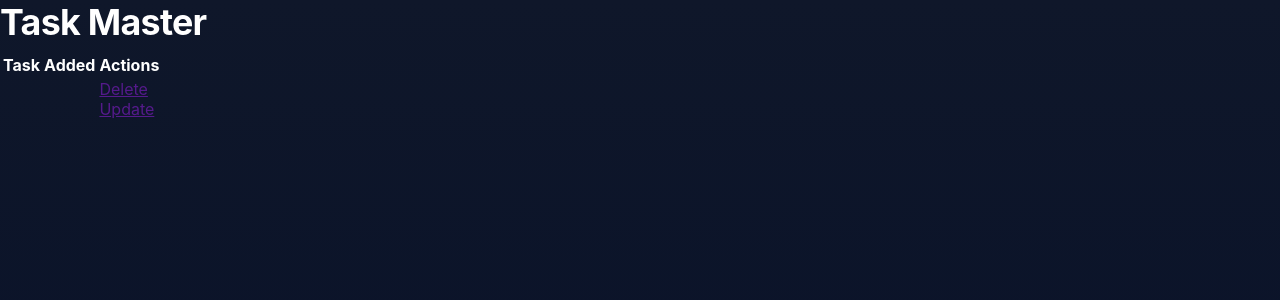
Repository: k10sj02/task-master-flex
Page: http://localhost/
An editor plug-in stored every save of this project. The page is shown before and after the next save, followed by the edit.
The browser window is 1280 px wide. The pictures show the whole page.
The page is served by the project's application, run on Flask 3 (app.py).

Above is the page before, as saved 2025-11-13 22:02:55.

### templates/index.html
{% extends 'base.html' %}

{% block head %}
  <title>Hello from Child Template</title>
{% endblock %}

{% block content %}

<div class="content">
  <h1>Task Master</h1>

  <table>
    <tr>
      <th>Task</th>
      <th>Added</th>
      <th>Actions</th>
    </tr>
    <tr>
      <td></td>
      <td></td>
      <td>
        <a href="">Delete</a>
        <br>
        <a href="">Update</a>
      </td>
    </tr>

  </table>

  <form action="/" method="POST"></form>


</div>
{% endblock %}

### templates/base.html
<!doctype html>
<html lang="en">
<head>
  <meta charset="utf-8">
  <meta name="viewport" content="width=device-width, initial-scale=1">
  {% block head %}{% endblock %}
  <link rel="stylesheet" href="{{ url_for('static', filename='css/main.css') }}">
</head>


  <style>
    :root{
      --bg: #0f172a;
      --card: #0b1220;
      --accent: #60a5fa;
      --muted: #94a3b8;
      --white: #ffffff;
      font-family: Inter, system-ui, -apple-system, "Segoe UI", Roboto, "Helvetica Neue", Arial;
    }

    html,body{
      height:100%;
      margin:0;
      background: linear-gradient(180deg, var(--bg) 0%, #071029 100%);
      color:var(--white);
      -webkit-font-smoothing:antialiased;
      -moz-osx-font-smoothing:grayscale;
    }

    .wrap{
      min-height:100%;
      display:flex;
      align-items:center;
      justify-content:center;
      padding:2rem;
      box-sizing:border-box;
    }

    .card{
      background: linear-gradient(180deg, rgba(255,255,255,0.03), rgba(255,255,255,0.02));
      border:1px solid rgba(255,255,255,0.04);
      padding:2.25rem 3rem;
      border-radius:12px;
      box-shadow: 0 8px 30px rgba(2,6,23,0.6);
      text-align:center;
      max-width:720px;
      width:100%;
    }

    h1{
      margin:0 0 0.5rem 0;
      font-size:clamp(1.5rem, 2.8vw, 2.25rem);
      letter-spacing:-0.02em;
    }

    p.lead{
      margin:0;
      color:var(--muted);
      font-size:1rem;
    }

    .badge{
      display:inline-block;
      margin-bottom:1rem;
      background:rgba(96,165,250,0.12);
      color:var(--accent);
      border-radius:999px;
      padding:0.25rem 0.6rem;
      font-weight:600;
      font-size:0.85rem;
    }

    @media (max-width:420px){
      .card{padding:1.25rem}
    }
  </style>
</head>
<body>

  {% block content %}
  <!-- default content (child templates will override this) -->
  <main class="wrap">
    <section class="card">
      <div class="badge">Boilerplate</div>
      <h1>Hello World 2</h1>
      <p class="lead">
        This is a minimal HTML + CSS starter. Replace this text with your app content.
      </p>
    </section>
  </main>
  {% endblock %}

</body>
</html>

### app.py
from flask import Flask, render_template
from flask_sqlalchemy import SQLAlchemy
from datetime import datetime

app = Flask(__name__)
app.config['SQLALCHEMY_DATABASE_URI'] = 'sqlite:///test.db'
db = SQLAlchemy(app)

class Todo(db.Model):
  id = db.Column(db.Integer, primary_key=True)
  content = db.Column(db.String(200), nullable=False)
  completed = db.Column(db.Integer, default=0)
  date_created = db.Column(db.DateTime, default=datetime.utcnow)

  def __repr__(self):
    return '<Task %r>' % self.id

@app.route('/', methods=['POST', 'GET'])
def index():
  return render_template('index.html')

if __name__ == "__main__":
  app.run(debug=True)

### static/main.css
/* Root variables for colors and fonts */
:root {
  --bg: #0f172a;         /* dark navy background */
  --card: #0b1220;       /* card background */
  --accent: #60a5fa;     /* soft blue accent */
  --muted: #94a3b8;      /* muted text */
  --white: #ffffff;       /* primary text color */
  --font-family: Inter, system-ui, -apple-system, "Segoe UI", Roboto, "Helvetica Neue", Arial;
}

/* Global reset and base styles */
html, body {
  height: 100%;
  margin: 0;
  padding: 0;
  font-family: var(--font-family);
  background: linear-gradient(180deg, var(--bg) 0%, #071029 100%);
  color: var(--white);
  -webkit-font-smoothing: antialiased;
  -moz-osx-font-smoothing: grayscale;
}

/* Wrapper to center content */
.wrap {
  min-height: 100%;
  display: flex;
  align-items: center;
  justify-content: center;
  padding: 2rem;
  box-sizing: border-box;
}

/* Card component */
.card {
  background: linear-gradient(180deg, rgba(255,255,255,0.03), rgba(255,255,255,0.02));
  border: 1px solid rgba(255,255,255,0.04);
  padding: 2rem 3rem;
  border-radius: 12px;
  box-shadow: 0 8px 30px rgba(2,6,23,0.6);
  text-align: center;
  max-width: 720px;
  width: 100%;
}

/* Headings */
h1 {
  margin: 0 0 0.5rem 0;
  font-size: clamp(1.5rem, 2.8vw, 2.25rem);
  letter-spacing: -0.02em;
}

/* Paragraphs with muted text */
p.lead {
  margin: 0;
  color: var(--muted);
  font-size: 1rem;
}

/* Badge component */
.badge {
  display: inline-block;
  margin-bottom: 1rem;
  background: rgba(96,165,250,0.12);
  color: var(--accent);
  border-radius: 999px;
  padding: 0.25rem 0.6rem;
  font-weight: 600;
  font-size: 0.85rem;
}

/* Responsive tweaks */
@media (max-width: 420px) {
  .card {
    padding: 1.25rem;
  }
}

After the next save:
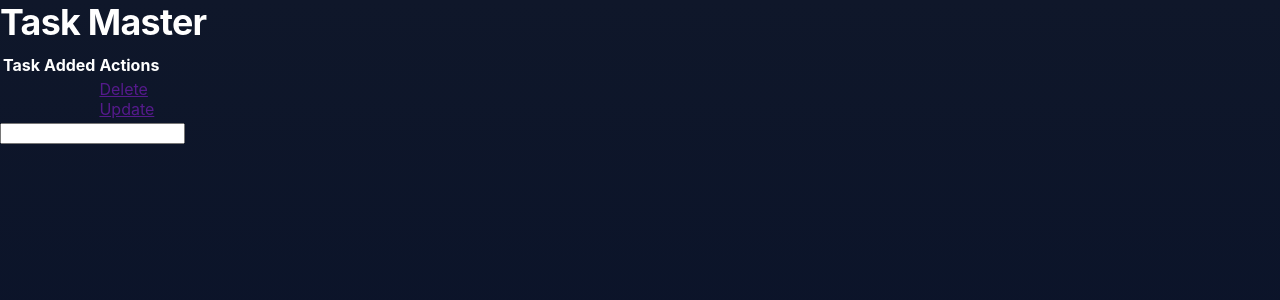
Saved 51 s later.
--- a/templates/index.html
+++ b/templates/index.html
@@ -27,7 +27,10 @@
 
   </table>
 
-  <form action="/" method="POST"></form>
+  <form action="/" method="POST">
+    <input type="text" name="content" id="content"
+
+  </form>
 
 
 </div>
